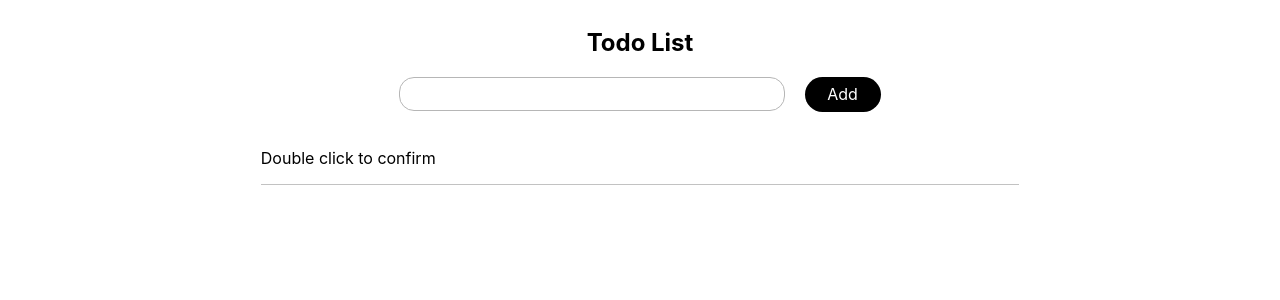
Repository: irenewuu/comp4130_checklist
Page: index.html
An editor plug-in stored every save of this project. The page is shown before and after the next save, followed by the edit.
The browser window is 1280 px wide. The pictures show the whole page.

Above is the page before, as saved 2022-01-12 15:25:35.

After the next save:
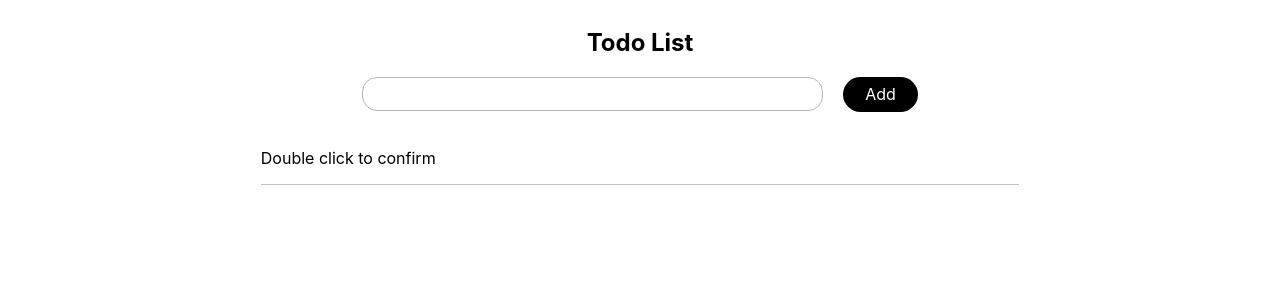
Saved 13 s later.
--- a/style.css
+++ b/style.css
@@ -22,7 +22,7 @@ form > span {
   justify-content: center;
 }
 .text {
-  width: 50%;
+  width: 60%;
   height: 30px;
   border-radius: 15px;
   border: 1px solid rgb(182, 182, 182);
